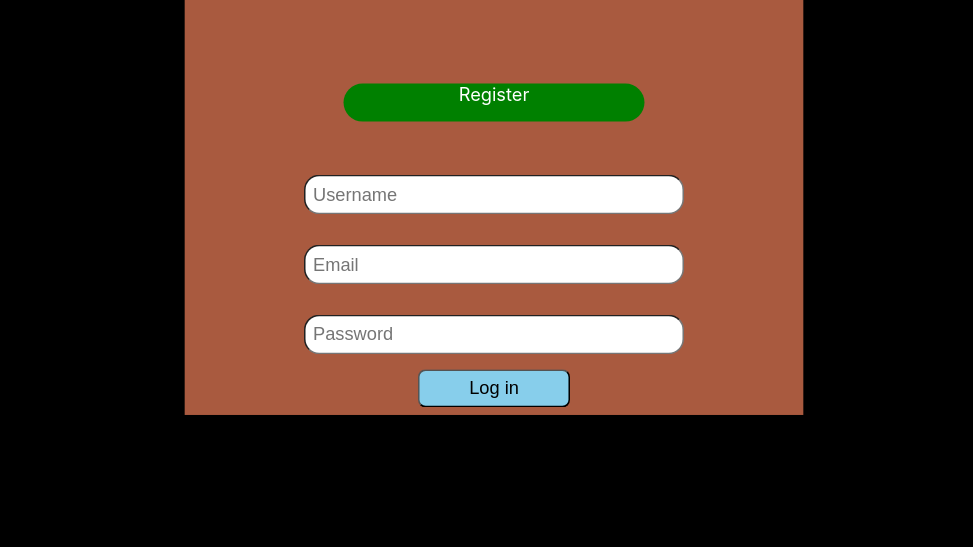
Repository: abhaysharma20233009/swiftKey
Page: /login (app in frontend/my-app/)
An editor plug-in stored every save of this project. The page is shown before and after the next save, followed by the edit.
The browser window is 1280 px wide. The pictures show the whole page, at 76% of full size.
The project was rebuilt for these pictures with package versions that can differ from the ones it lists, and the page was loaded fresh each time. Also part of the build but not shown: frontend/my-app/src/Swifts.js, frontend/my-app/src/Results.js.

Above is the page before, as saved 2024-10-10 20:03:59.

After the next save:
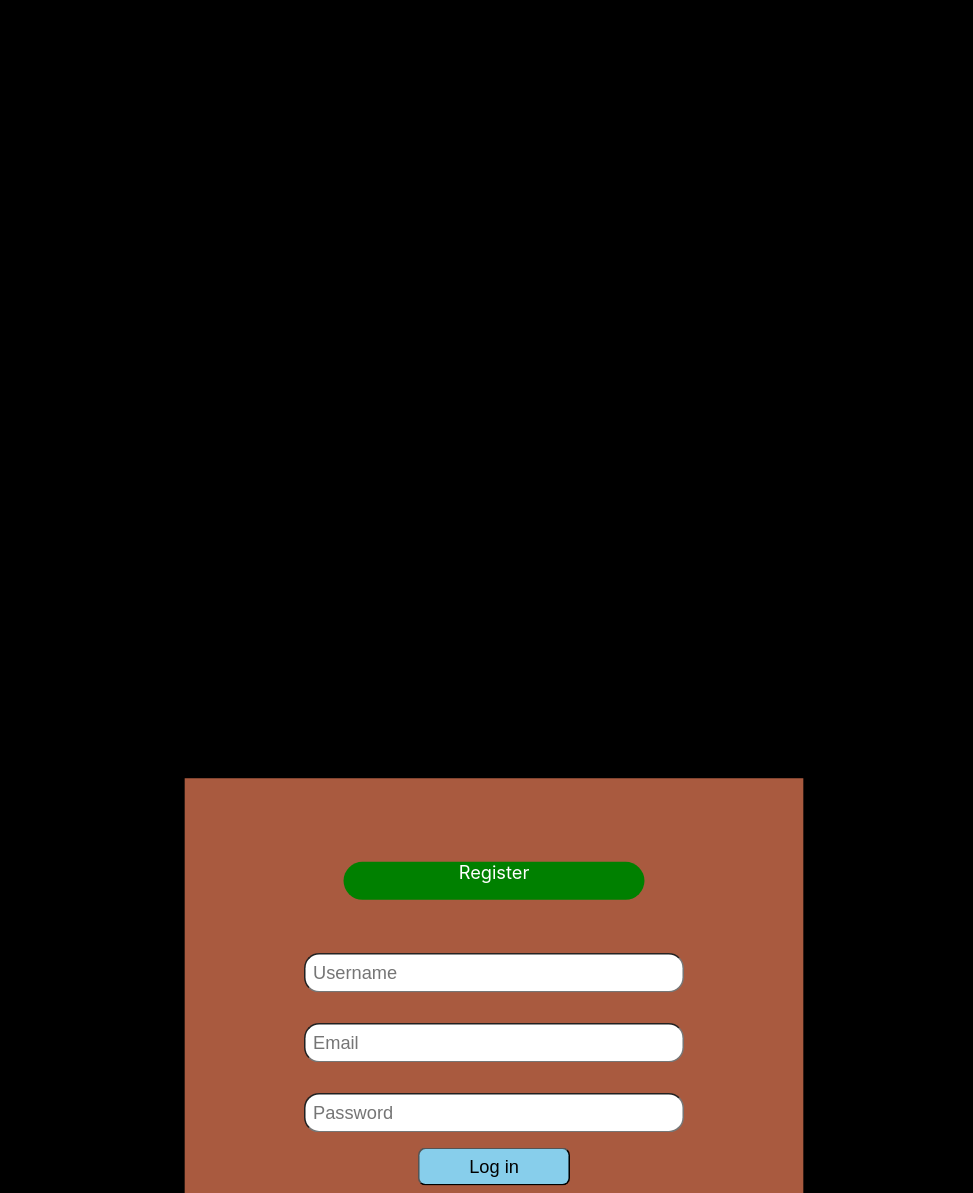
Saved 24 s later.
--- a/frontend/my-app/src/App.css
+++ b/frontend/my-app/src/App.css
@@ -57,6 +57,7 @@ body{
 }
 
 .form{
+  margin-top:80%;
   padding:10px;
   background-color:rgb(169, 90, 63);
   width:62%;
